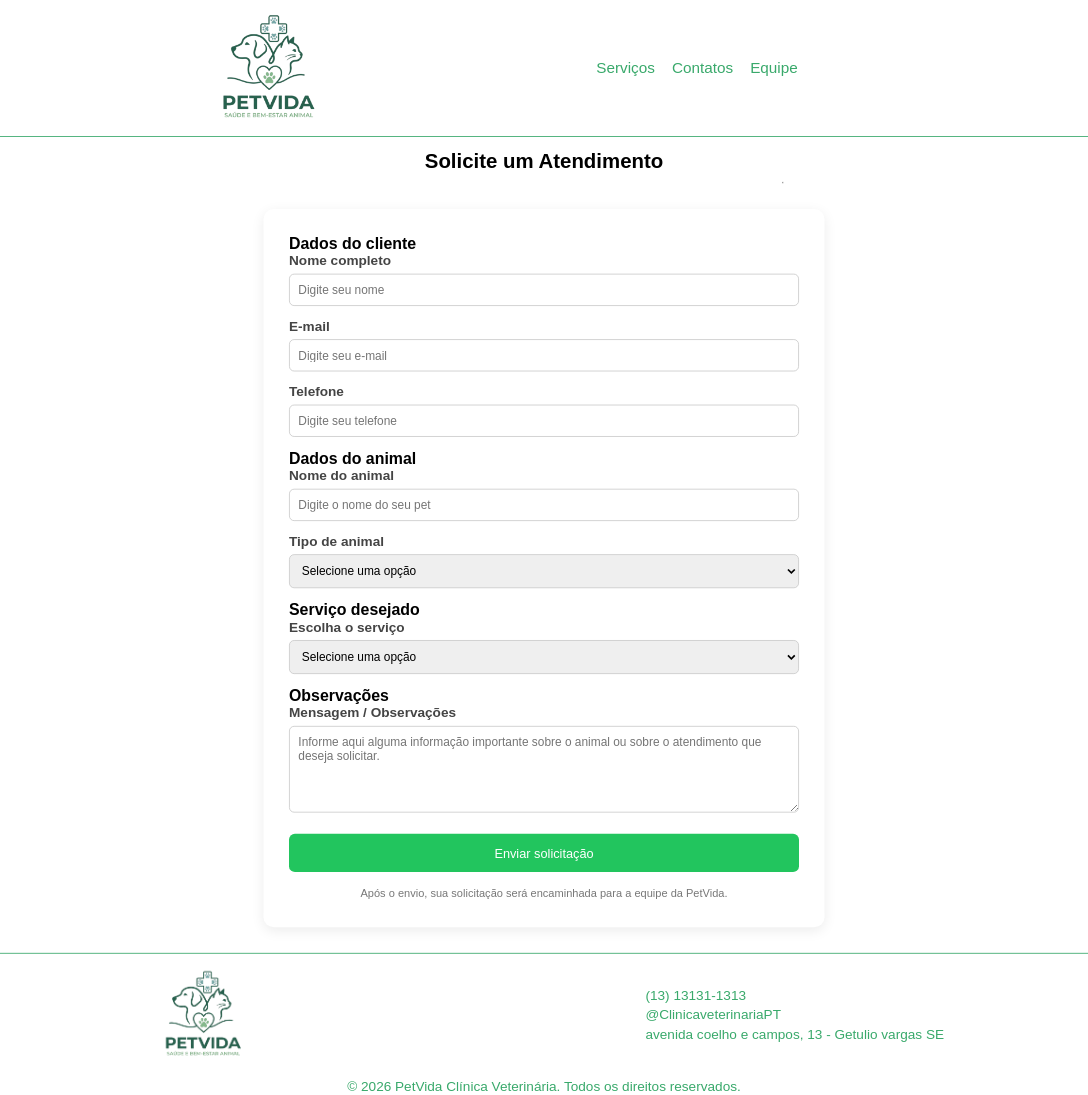
Repository: antonymsantana-design/Veterinario
Page: contatos.html
The author's editor kept a copy of each file at every save. The page is drawn from the files as they stood at one save, then again after a run of saves.
The browser window is 1280 px wide. The pictures show the whole page, at 85% of full size.

Above is the page before, as saved 2026-10-03 18:58:40.

### contatos.html
<!doctype html>
<html lang="pt-br">
  <head>
    <meta charset="UTF-8" />
    <meta name="viewport" content="width=device-width, initial-scale=1.0" />
    <title>Cebola Hair</title>
    <link rel="stylesheet" href="style.css" />
    <script src="script3.js" defer></script>
  </head>
  <header>
    <div class="conteudoH" id="conteudoH">
      <div class="imagem" id="imagem">
        <img src="image/logo.png" alt="logo" class="logoIMG" id="logoIMG" />
      </div>
      <div class="direitaH">
        <div class="links" id="links">
          <a href="serviços.html" class="aLinks" id="servA">Serviços</a>
          <a href="CONTATOS.HTML" class="aLinks" id="contatosA">Contatos</a>
          <a href="Team.html" class="aLinks" id="contatosA">Equipe</a>
        </div>
      </div>
    </div>
  </header>

  <body>
    <h2 class="Our" id="servicosT">Solicite um Atendimento</h2>
    <hr />

    <div class="context">
    <form
      action="https://formsubmit.co/antony.m.santana@aluno.senai.br"
      method="POST"
    >
      <input type="hidden" name="_subject" value="Nova solicitação - PetVida" />
      <input type="hidden" name="_template" value="table" />

      <h3>Dados do cliente</h3>

      <div class="campo">
        <label for="nome">Nome completo</label>
        <input
          type="text"
          name="nome"
          id="nome"
          placeholder="Digite seu nome"
          required
        />
      </div>

      <div class="campo">
        <label for="email">E-mail</label>
        <input
          type="email"
          name="email"
          id="email"
          placeholder="Digite seu e-mail"
          required
        />
      </div>

      <div class="campo">
        <label for="telefone">Telefone</label>
        <input
          type="tel"
          name="telefone"
          id="telefone"
          placeholder="Digite seu telefone"
          required
        />
      </div>

      <h3>Dados do animal</h3>

      <div class="campo">
        <label for="animal">Nome do animal</label>
        <input
          type="text"
          name="animal"
          id="animal"
          placeholder="Digite o nome do seu pet"
          required
        />
      </div>

      <div class="campo">
        <label for="tipo">Tipo de animal</label>

        <select name="tipo_animal" id="tipo" required>
          <option value="">Selecione uma opção</option>
          <option value="Cachorro">Cachorro</option>
          <option value="Gato">Gato</option>
          <option value="Outro">Outro</option>
        </select>
      </div>

      <h3>Serviço desejado</h3>

      <div class="campo">
        <label for="servico">Escolha o serviço</label>

        <select name="servico" id="servico" required>
          <option value="">Selecione uma opção</option>
          <option value="Consulta veterinária">Consulta veterinária</option>
          <option value="Vacinação">Vacinação</option>
          <option value="Banho e tosa">Banho e tosa</option>
          <option value="Exames laboratoriais">Exames laboratoriais</option>
          <option value="Atendimento de emergência">
            Atendimento de emergência
          </option>
          <option value="Acompanhamento veterinário">
            Acompanhamento veterinário
          </option>
        </select>
      </div>

      <h3>Observações</h3>

      <div class="campo">
        <label for="mensagem">Mensagem / Observações</label>

        <textarea
          name="mensagem"
          id="mensagem"
          rows="5"
          placeholder="Informe aqui alguma informação importante sobre o animal ou sobre o atendimento que deseja solicitar."
        ></textarea>
      </div>

      <input
        type="hidden"
        name="_next"
        value="http://127.0.0.1:5500/sucsses.html"
      />

      <button type="submit" class="buto">Enviar solicitação</button>

      <p class="texto-form">
        Após o envio, sua solicitação será encaminhada para a equipe da PetVida.
      </p>
    </form>
    </div>
  </body>
  <footer id="footer">
    <div class="cimaF">
      <div class="direita">
        <img src="image/logo.png" alt="logo" class="logoIMGF" id="logoIMG" />
      </div>

      <div class="esquerda">
        <p>(13) 13131-1313</p>
        <p>@ClinicaveterinariaPT</p>
        <p>avenida coelho e campos, 13 - Getulio vargas SE</p>
      </div>
    </div>
    <div class="baixoF">
      <p>© 2026 PetVida Clínica Veterinária. Todos os direitos reservados.</p>
    </div>
  </footer>
</html>

### style.css
* {
  padding: 0px;
  margin: 0px;
  font-family: Arial, Helvetica, sans-serif;
}

header {
  background-color: #ffffff;
  height: 160px;
  display: flex;
  justify-content: center;
  align-items: center;
  border-bottom: 1px solid #39a96b;
}

.conteudoH {
  display: flex;
  justify-content: center;
  align-items: center;
  gap: 300px;
}

.imagem {
  margin-left: 20px;
  margin-top: 5px;
  display: flex;
  justify-content: center;
  align-items: center;
  gap: 30px;
  font-weight: 600;
  font-size: 22px;
}

.logoIMG {
  width: 170px;
  margin-bottom: 10px;
  cursor: pointer;
}

.logoH {
  color: white;
}

.links {
  display: flex;
  gap: 20px;
  justify-content: center;
  padding-right: 130px;
  font-size: 18px;
}

.links a {
  text-decoration: none;
  color: #39a96b;
  transition: 0.5s ease;
}

.aLinks:hover {
  transform: translateY(-5px);
  box-shadow: 0 4px 10px rgba(0, 0, 0, 0.15);
  background-color: #39a96b;
  color: #f5f5f5;
  border-radius: 5px;
  width: 120px;
  height: 30px;
  display: flex;
  justify-content: center;
  align-items: center;
}

.btnDiv {
  display: flex;
}

.btn {
  display: flex;
  justify-content: center;
  width: 140px;
  height: 50px;
  background-color: #22c55e;
  border: none;
  color: white;
  align-items: center;
  border-radius: 8px;
  transition: 0.3s ease;
  cursor: pointer;
  font-size: 14px;
}

.btn:hover {
  transform: translateY(-5px);
  box-shadow: 0 8px 15px rgba(0, 0, 0, 0.4);
}

.direitaH {
  display: flex;
  justify-content: center;
  align-items: center;
}

.conteudo {
  background-image: url(image/Cuidando\ de\ Quem\ Amamos.png);
  background-repeat: no-repeat;
  background-size: cover;
  background-position: center;
  height: 80vh;
  color: white;
}

.card {
  background-color: #fdeec7;
  width: 270px;
  height: 220px;
  display: flex;
  flex-direction: column;
  justify-content: center;
  align-items: center;
  border-radius: 5px;
}

.cards {
  display: flex;
  justify-content: center;
  gap: 40px;
  padding-top: 20px;
  padding-bottom: 20px;
}

.card h4 {
  color: #22c55e;
}

.icone {
  width: 120px;
  height: 120px;
  padding-bottom: 10px;
}

.Our {
  padding-top: 15px;
  text-align: center;
  padding-bottom: 10px;
}

hr {
  color: #22c55e;
  text-align: center;
  margin-left: 920px;
  margin-right: 920px;
}

.agendar {
  display: flex;
  justify-content: space-around;
  align-items: center;
  padding-bottom: 20px;
}

.form {
  background-color: #ecf2f7;
  width: 600px;
  height: 300px;
  border-radius: 7px;
  display: flex;
  justify-content: center;
  flex-direction: column;
}

.formCima {
  padding-top: 20px;
  display: flex;
  justify-content: center;
  align-items: center;
  flex-direction: column;
}

.quadrado {
  display: grid;
  justify-content: center;
  grid-template-columns: repeat(2, 200px);
  gap: 30px;
  column-gap: 70px;
  margin-right: 40px;
}

.esq {
  font-size: 25px;
}

footer {
  display: flex;
  justify-content: center;
  align-items: center;
  flex-direction: column;
  background-color: #ffffff;
  color: #39a96b;
  border-top: 1px solid #39a96b;
}

.AbH2 {
  padding-left: 20px;
  padding-right: 20px;
  padding-bottom: 10px;
  padding-top: 10px;
  text-align: center;
}

.AbH3 {
  padding-left: 20px;
  padding-right: 20px;
  padding-bottom: 10px;
  padding-top: 10px;
  text-align: center;
  margin-left: 425px;
  margin-right: 425px;
}

.topc {
  display: flex;
  justify-content: center;
  align-items: center;
  flex-direction: column;
  text-align: center;
  max-width: 350px;
}

.topics {
  display: flex;
  justify-content: center;
  gap: 100px;
  padding-bottom: 25px;
}

.topcIMG {
  width: 290px;
  height: 260px;
  border-radius: 25px;
  cursor: pointer;
  padding-bottom: 10px;
  padding-top: 10px;
}

.topcH {
  padding-bottom: 10px;
}

.cimaF {
  display: flex;
  justify-content: center;
  gap: 450px;
  align-items: center;
  margin-bottom: 4px;
}

.logoIMGF {
  width: 140px;
  cursor: pointer;
}

.esquerda {
  display: flex;
  flex-direction: column;
  gap: 5px;
}

.formu {
  width: 240px;
  height: 30px;
  border-radius: 5px;
  border: none;
}

.forms {
  width: 500px;
  height: 30px;
  border-radius: 5px;
  border: none;
}

.agendarbtn {
  display: flex;
  justify-content: center;
  align-items: center;
  width: 512px;
  height: 40px;
  background-color: #22c55e;
  border: none;
  color: white;
  border-radius: 8px;
  transition: 0.3s ease;
  cursor: pointer;
  margin-top: 15px;
}

.agendarbtn:hover {
  transform: translateY(-5px);
}

.btnAgendar {
  display: flex;
  justify-content: center;
  align-items: center;
}

/*pagina de serviços*/

.primeiro {
  background-color: #f0f9f4;
  width: 300px;
  padding-bottom: 13px;
  margin-left: 20px;
  text-align: center;
  padding-top: 13px;
  flex-wrap: wrap;
  border-radius: 15px;
}

.cards {
  display: grid;
  justify-content: center;
  grid-template-columns: repeat(3, 400px);
  gap: 50px;
  padding-bottom: 15px;
}
.cards .primeiro img {
  width: 250px;
  height: 250px;
  border-radius: 15px;
}
h1 {
  text-align: center;
  margin-top: 20px;
  margin-bottom: 20px;
}
.texto {
  color: #3c2415;
}
.preco {
  color: #e4c8a4;
}

form {
  width: 600px;
  margin: 30px auto;
  padding: 30px;
  background-color: #ffffff;
  border-radius: 12px;
  box-shadow: 0 4px 15px rgba(0, 0, 0, 0.08);
}
form h2 {
  color: #39a96b;
  font-size: 20px;
  margin-top: 20px;
  margin-bottom: 15px;
}
.campo {
  display: flex;
  flex-direction: column;
  margin-bottom: 15px;
}
.campo label {
  margin-bottom: 6px;
  font-weight: bold;
  color: #444;
}
.campo input,
.campo select,
.campo textarea {
  width: 100%;
  padding: 10px;
  border: 1px solid #ccc;
  border-radius: 6px;
  font-size: 14px;
  box-sizing: border-box;
}
.campo input:focus,
.campo select:focus,
.campo textarea:focus {
  outline: none;
  border-color: #39a96b;
}
.campo textarea {
  resize: vertical;
}
.buto {
  width: 100%;
  height: 45px;
  margin-top: 10px;
  border: none;
  border-radius: 7px;
  background-color: #22c55e;
  color: white;
  font-size: 15px;
  cursor: pointer;
  transition: 0.3s;
}
.buto:hover {
  background-color: #1da851;
  transform: translateY(-2px);
}
.texto-form {
  margin-top: 15px;
  text-align: center;
  font-size: 13px;
  color: #777;
  line-height: 1.5;
}

/* celular */

@media (max-width: 768px) {
  /* header */
  header {
    height: auto;
    padding: 10px 0;
  }

  .conteudoH {
    flex-direction: column;
    padding-right: 0;
    gap: 15px;
  }

  .imagem {
    margin-left: 0;
    margin-top: 0;
    gap: 10px;
  }

  .logoIMG {
    width: 80px;
    height: 80px;
  }

  .logoH {
    font-size: 20px;
  }

  .direitaH {
    flex-direction: column;
    gap: 15px;
  }

  .links {
    padding-right: 0;
    font-size: 16px;
  }

  .conteudo {
    height: 400px;
  }

  .texto {
    padding-left: 25px;
    padding-right: 25px;
    height: 400px;
    font-size: 25px;
  }

  .texto small {
    font-size: 14px;
  }

  .Our {
    font-size: 25px;
  }

  hr {
    margin-left: 30%;
    margin-right: 30%;
  }

  .cards {
    flex-direction: column;
    align-items: center;
    gap: 20px;
  }

  .card {
    width: 80%;
    max-width: 270px;
  }

  .agendar {
    flex-direction: column;
    gap: 30px;
    padding: 30px 20px;
  }

  .esq {
    font-size: 18px;
    text-align: center;
  }

  .esq h1 {
    font-size: 28px;
  }

  .esq p {
    font-size: 15px;
  }

  .form {
    width: 100%;
    max-width: 600px;
    height: auto;
    padding: 20px 0;
  }

  .forms {
    width: 80%;
  }

  .quadrado {
    grid-template-columns: 1fr;
    gap: 15px;
    margin-right: 0;
  }

  .formu {
    width: 80%;
  }

  .quadrado > div {
    width: 100%;
    text-align: center;
  }

  .quadrado label {
    display: block;
    margin-bottom: 5px;
  }

  .agendarbtn {
    width: 80%;
  }

  footer {
    flex-direction: column;
    gap: 20px;
    padding: 20px;
    text-align: center;
  }

  .esquerda {
    align-items: center;
  }
}

Loaded but not shown: script3.js (no stored copy; drawn as an empty file)

After the next 3 saves:
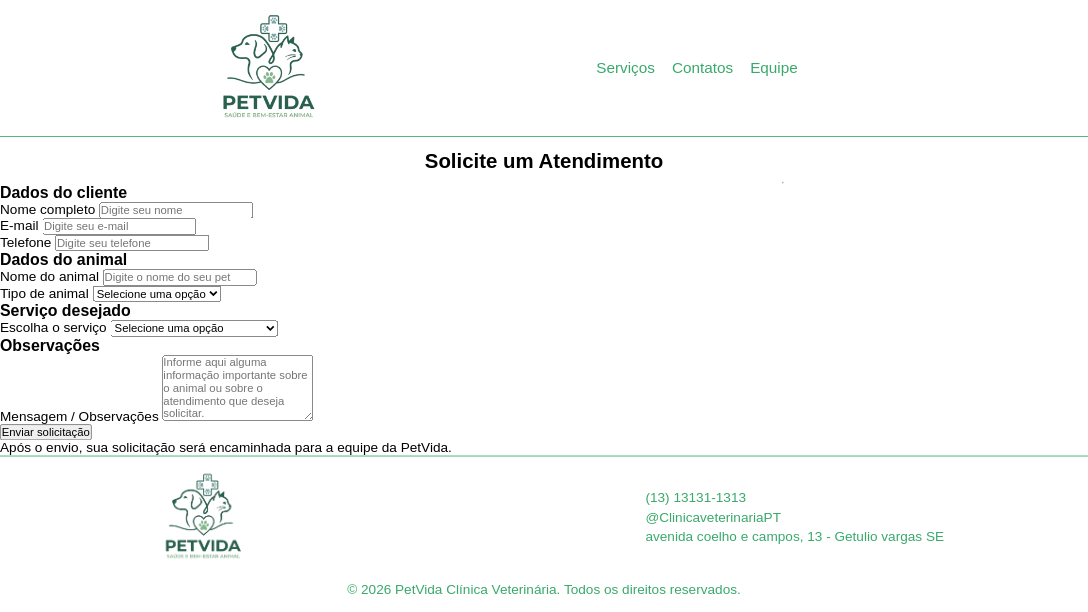
The 3 saves are shown as one change because they came seconds apart.
The last was saved 39 s later.
--- a/style.css
+++ b/style.css
@@ -339,73 +339,9 @@ h1 {
   color: #e4c8a4;
 }
 
-form {
-  width: 600px;
-  margin: 30px auto;
-  padding: 30px;
-  background-color: #ffffff;
-  border-radius: 12px;
-  box-shadow: 0 4px 15px rgba(0, 0, 0, 0.08);
-}
-form h2 {
-  color: #39a96b;
-  font-size: 20px;
-  margin-top: 20px;
-  margin-bottom: 15px;
-}
-.campo {
-  display: flex;
-  flex-direction: column;
-  margin-bottom: 15px;
-}
-.campo label {
-  margin-bottom: 6px;
-  font-weight: bold;
-  color: #444;
-}
-.campo input,
-.campo select,
-.campo textarea {
-  width: 100%;
-  padding: 10px;
-  border: 1px solid #ccc;
-  border-radius: 6px;
-  font-size: 14px;
-  box-sizing: border-box;
-}
-.campo input:focus,
-.campo select:focus,
-.campo textarea:focus {
-  outline: none;
-  border-color: #39a96b;
-}
-.campo textarea {
-  resize: vertical;
-}
-.buto {
-  width: 100%;
-  height: 45px;
-  margin-top: 10px;
-  border: none;
-  border-radius: 7px;
-  background-color: #22c55e;
-  color: white;
-  font-size: 15px;
-  cursor: pointer;
-  transition: 0.3s;
-}
-.buto:hover {
-  background-color: #1da851;
-  transform: translateY(-2px);
-}
-.texto-form {
-  margin-top: 15px;
-  text-align: center;
-  font-size: 13px;
-  color: #777;
-  line-height: 1.5;
-}
-
+form{
+
+}
 /* celular */
 
 @media (max-width: 768px) {
